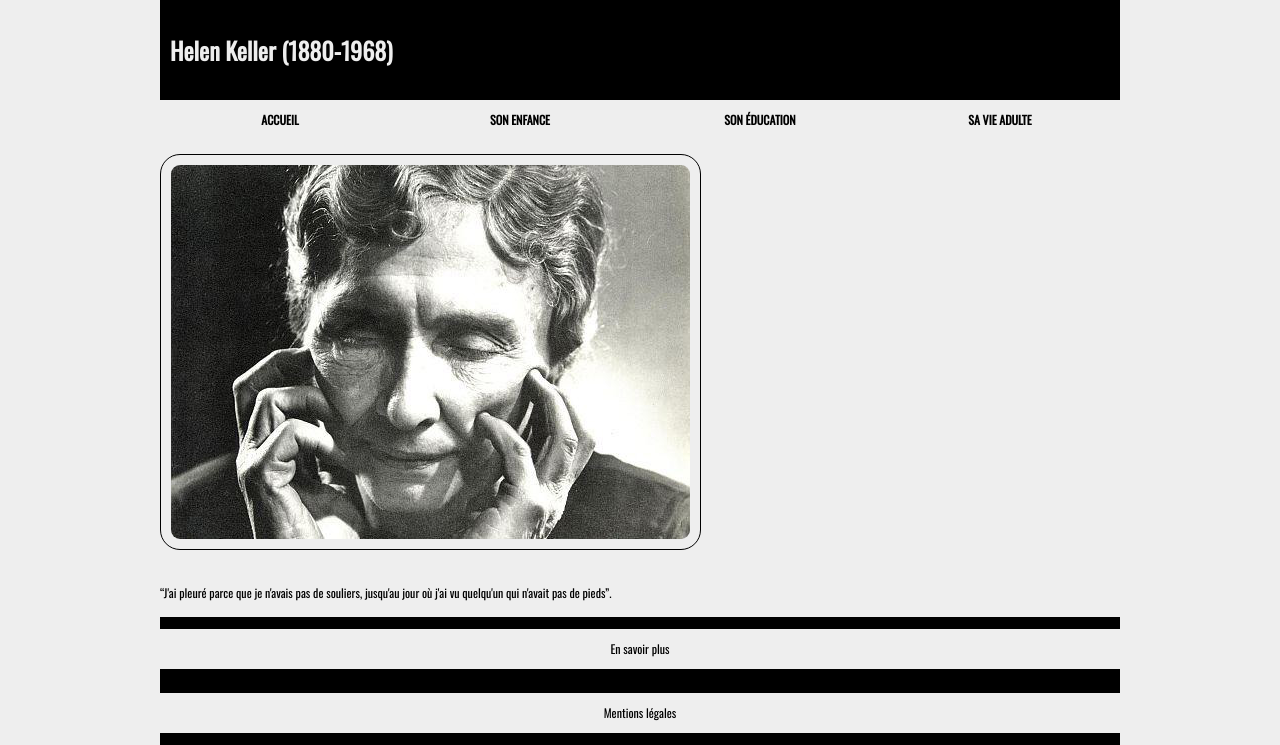
Repository: Luc010/Exercices
Page: HTML CSS/biographie_helen_keller/index.html
An editor plug-in stored every save of this project. The page is shown before and after the next save, followed by the edit.
The browser window is 1280 px wide. The pictures show the whole page.

Above is the page before, as saved 2019-09-04 16:19:01.

### HTML CSS/biographie_helen_keller/index.html
<!DOCTYPE html>
<html lang="fr">
<head>
    <title>Biographie Helen Keller - Accueil</title>
    <meta charset="UTF-8">
    <meta name="viewport" content="width=device-width, initial-scale=1.0">
    <meta http-equiv="X-UA-Compatible" content="ie=edge">
    <link href="style.css" rel="stylesheet">
</head>
<body>
    <header>
        <div class="container bg">
            <h1>Helen Keller (1880-1968)</h1>
        </div>
    </header>
    <nav>
        <ul>
            <li><a href="index.html">Accueil</a></li>
            <li><a href="enfance.html">Son enfance</a></li>
            <li><a href="education.html">Son éducation</a></li>
            <li><a href="adulte.html">Sa vie adulte</a></li>
        </ul>
    </nav>
    <main>
        <div class="container">
            <p><img src="img/hk.jpg" alt="helen Keller portrait"></p>
            <p>“J'ai pleuré parce que je n'avais pas de souliers, jusqu'au jour où j'ai vu quelqu'un qui n'avait pas de
                pieds”.
            </p>
        </div>
    </main>
    <footer class="bg">
        <div class="container">
            <p><a href="savoirplus.html">En savoir plus</a></p>
            <p><a href="mentions.html">Mentions légales</a></p>
        </div>
    </footer>
</body>
</html>

### HTML CSS/biographie_helen_keller/style.css
@import url('https://fonts.googleapis.com/css?family=Oswald&display=swap');
body{
    margin: 0;
    padding: 0;
    background-color: #eee;
    font-size: 12px;
    font-family: 'Oswald',corbel,calibri,sans-serif;
}
.bg{
    background-color: black;
    width: 960px;
    min-height: 100px;
    line-height: 100px;
    margin-left: auto;
    margin-right: auto;
}
h1{
    color: #eee;
    text-indent: 10px;
    margin: 0;
}
h2{
    color: grey;
    border-bottom: 1px solid black;
}
p{
    /* Pourcentage plus simple à gérer, interligne (utilité: bcp de text) */
    line-height:200%;
}
img{
    border: 1px solid black;
    border-radius: 20px;
    padding: 10px;
}
.container {
    display: flex;
    flex-direction: column;
    width: 960px;
    margin-left: auto;
    margin-right: auto;
}
nav {
    min-height: 40px;
    position: sticky;
    top: 0;
    width: 960px;
    margin-left: auto;
    margin-right: auto;
}
ul, li {
    margin: 0;
    padding: 0;
    list-style: none;
}
ul {
    display: flex;
}
li {
    width: 100%;
    margin-bottom: 2px;
    height: 40px;
    font-weight: bold;
    text-transform: uppercase;
}
a {
    color: black;
    text-decoration: none;
    display: block;
    height: 40px;
    line-height: 40px;
    text-align: center;
    background-color: #eee;
}
a:hover {
    color: white;
    background-color: black;
}

After the next save:
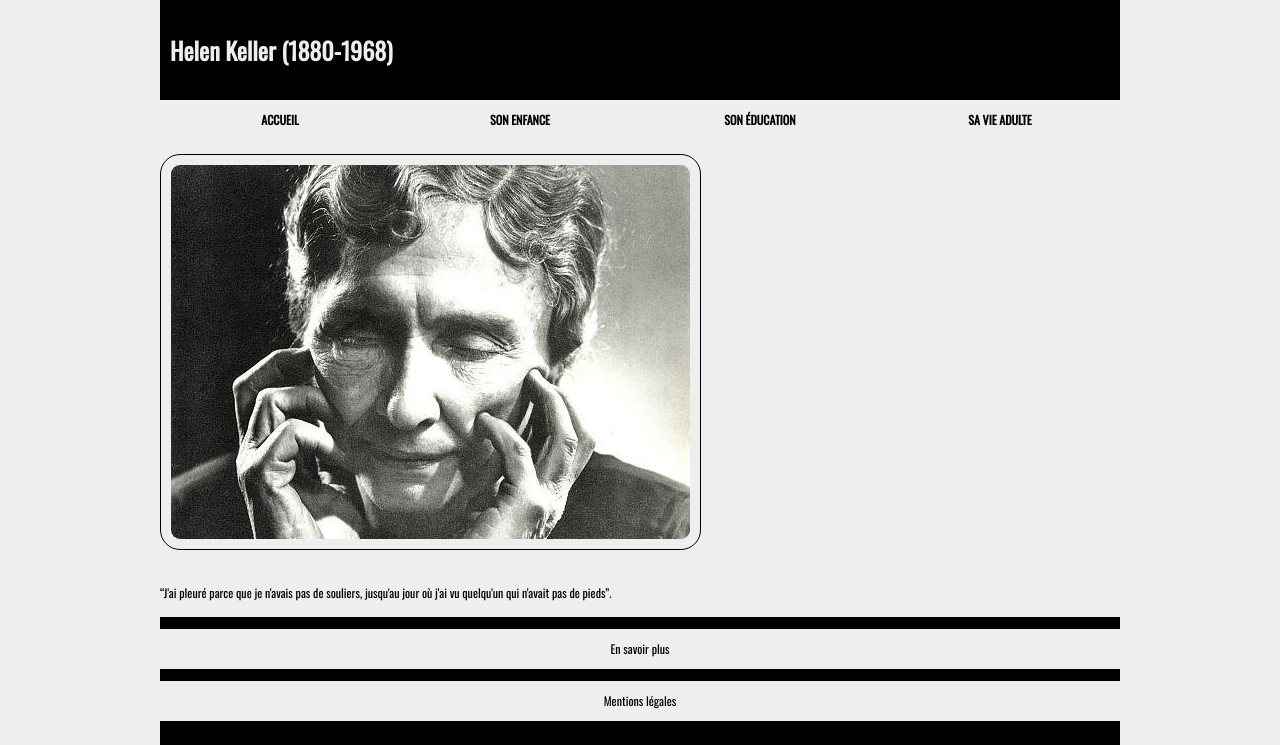
Saved 23 s later.
--- a/HTML CSS/biographie_helen_keller/index.html
+++ b/HTML CSS/biographie_helen_keller/index.html
@@ -32,7 +32,7 @@
     <footer class="bg">
         <div class="container">
             <p><a href="savoirplus.html">En savoir plus</a></p>
-            <p><a href="mentions.html">Mentions légales</a></p>
+            <a href="mentions.html">Mentions légales</a></p>
         </div>
     </footer>
 </body>
